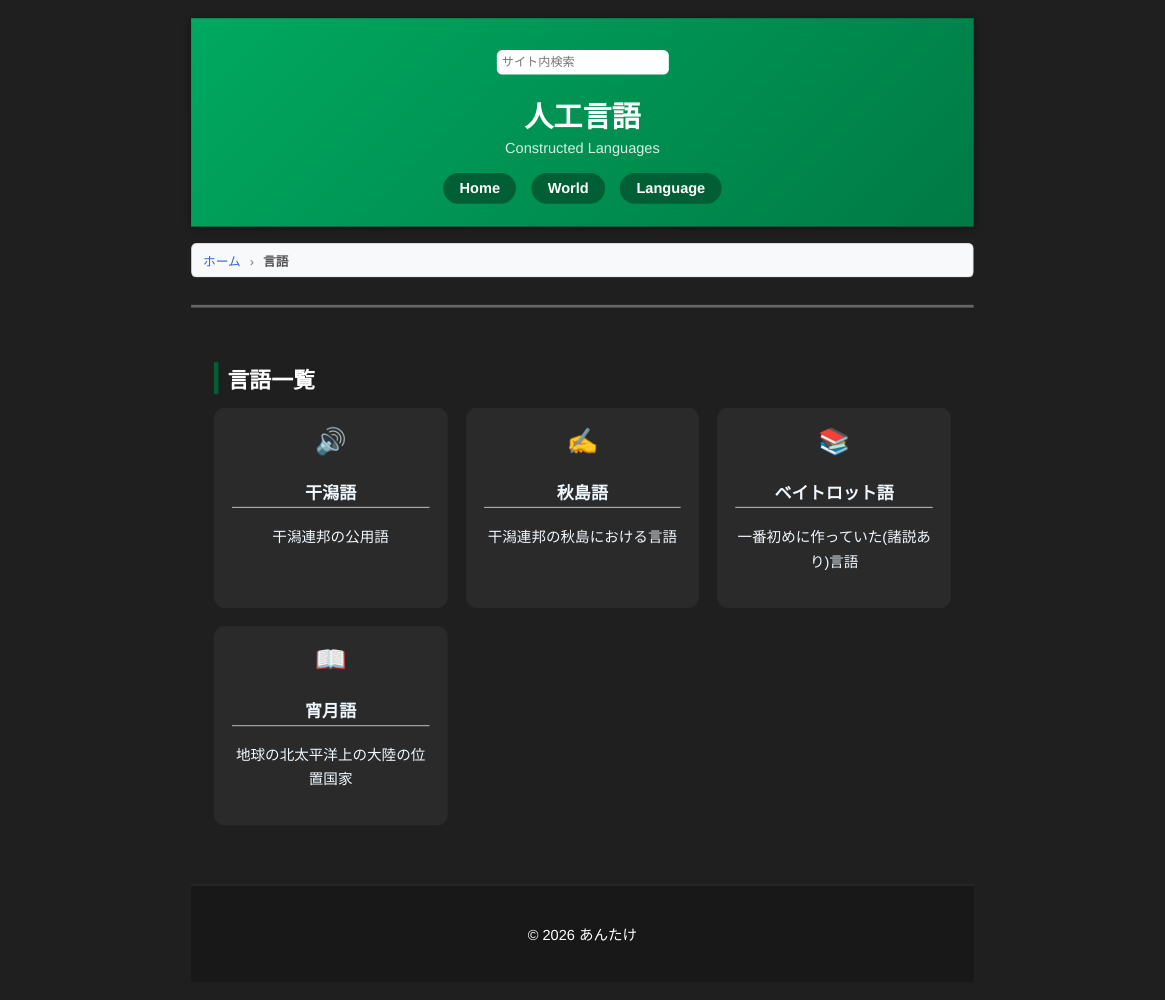
Repository: Player5270-antake/Player5270-antake.github.io
Page: language/index.html
An editor plug-in stored every save of this project. The page is shown before and after the next save, followed by the edit.
The browser window is 1280 px wide. The pictures show the whole page, at 91% of full size.

Above is the page before, as saved 2026-03-09 09:24:56.

After the next save:
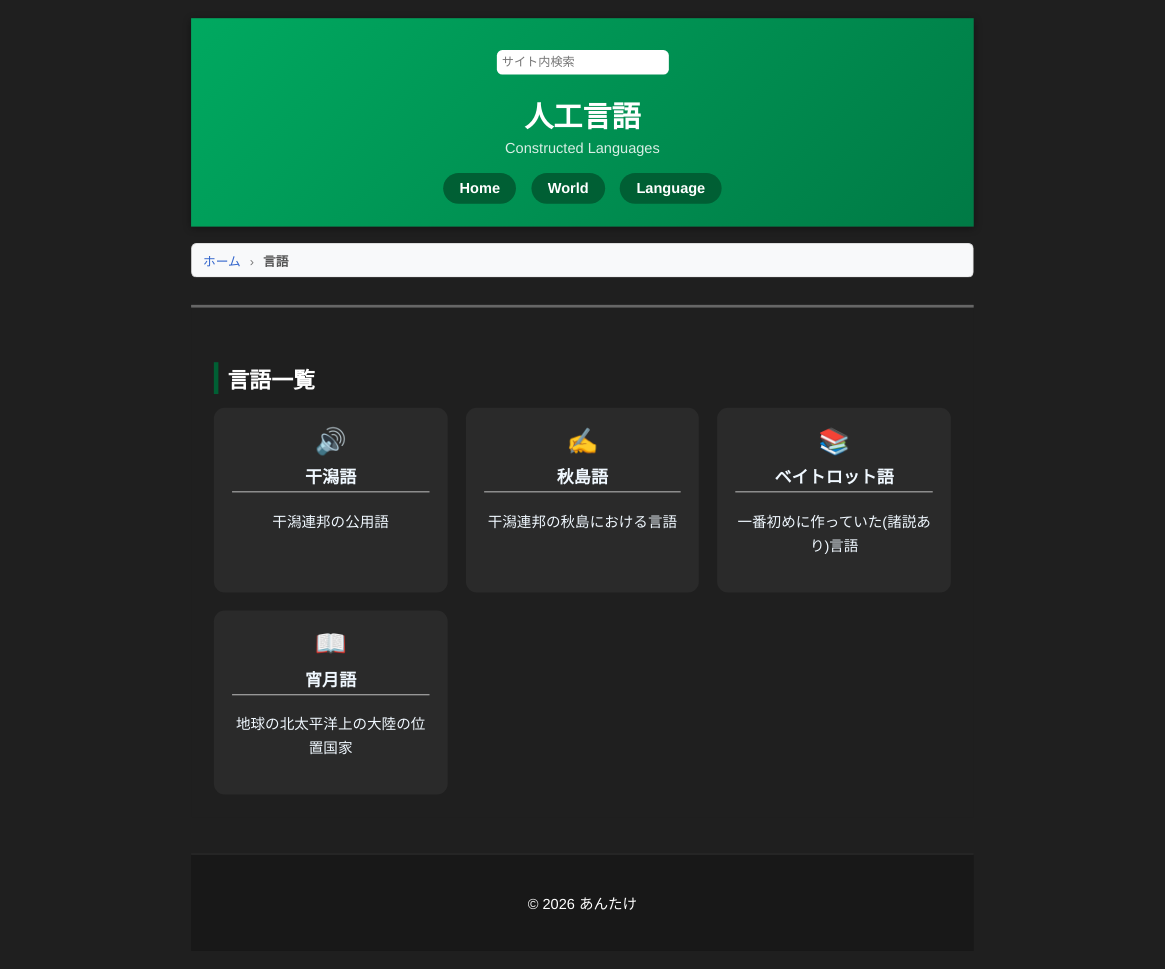
Saved 4 min 35 s later.
--- a/css/mainpage.css
+++ b/css/mainpage.css
@@ -47,3 +47,7 @@ header{
     font-size:28px;
     margin-bottom:8px;
 }
+
+.card h3{
+    margin-top:0;
+}

After the 2 saves that followed:
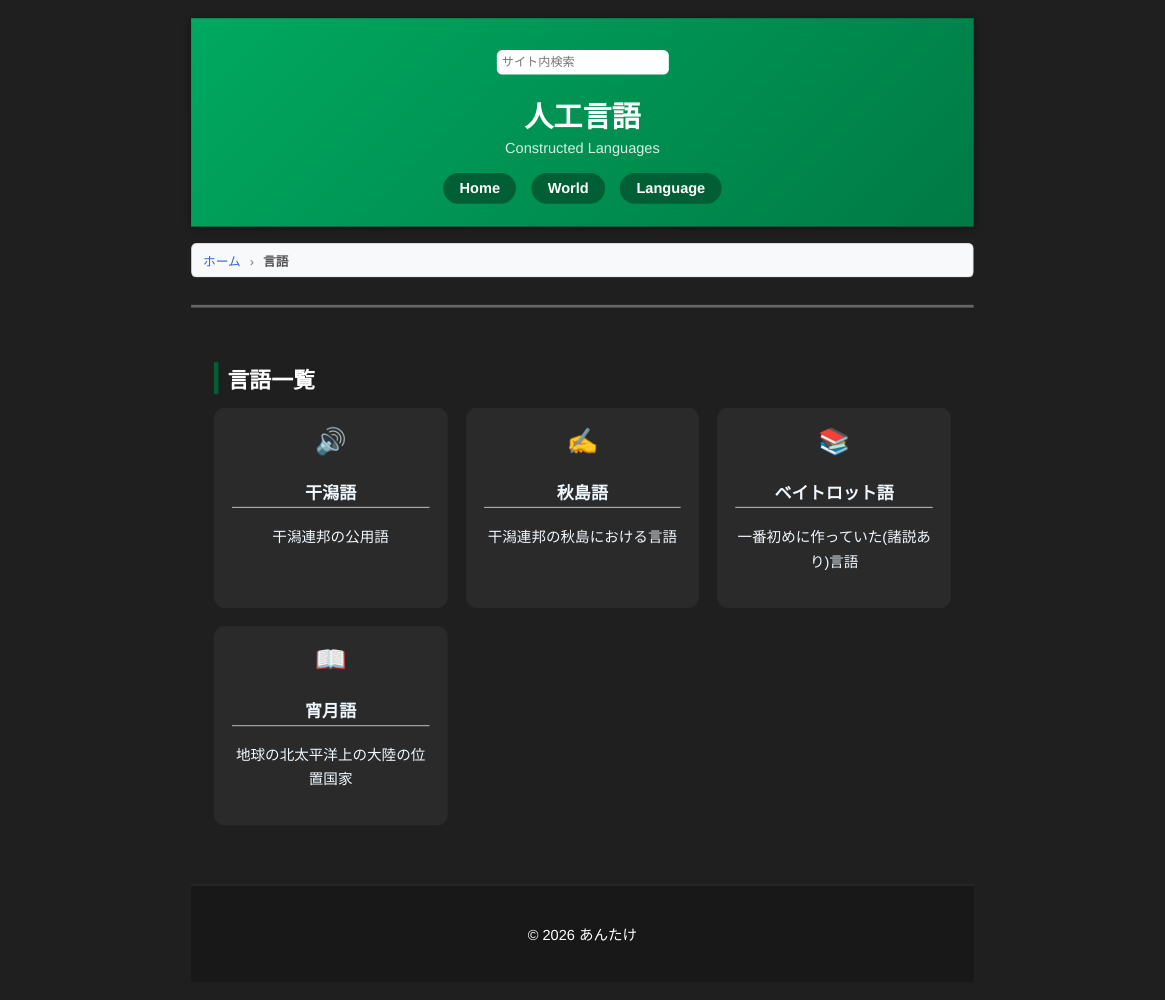
The 2 saves are shown as one change because 1 left the picture as it was.
The last was saved 100 s later.
--- a/css/mainpage.css
+++ b/css/mainpage.css
@@ -47,7 +47,3 @@ header{
     font-size:28px;
     margin-bottom:8px;
 }
-
-.card h3{
-    margin-top:0;
-}
